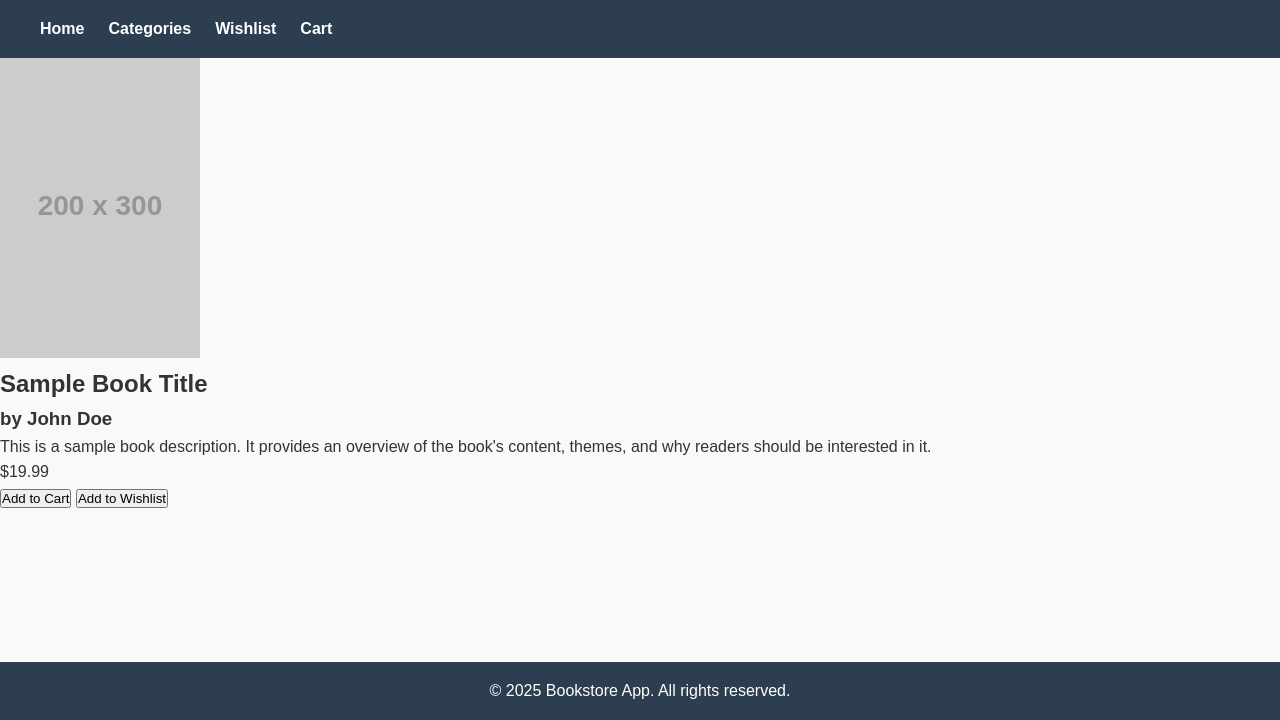
Repository: Patience225/bookstore-app
Page: book-details.html
An editor plug-in stored every save of this project. The page is shown before and after a run of saves, followed by the edit.
The browser window is 1280 px wide. The pictures show the whole page.

Above is the page before, as saved 2025-01-28 12:07:34.

After the next 2 saves:
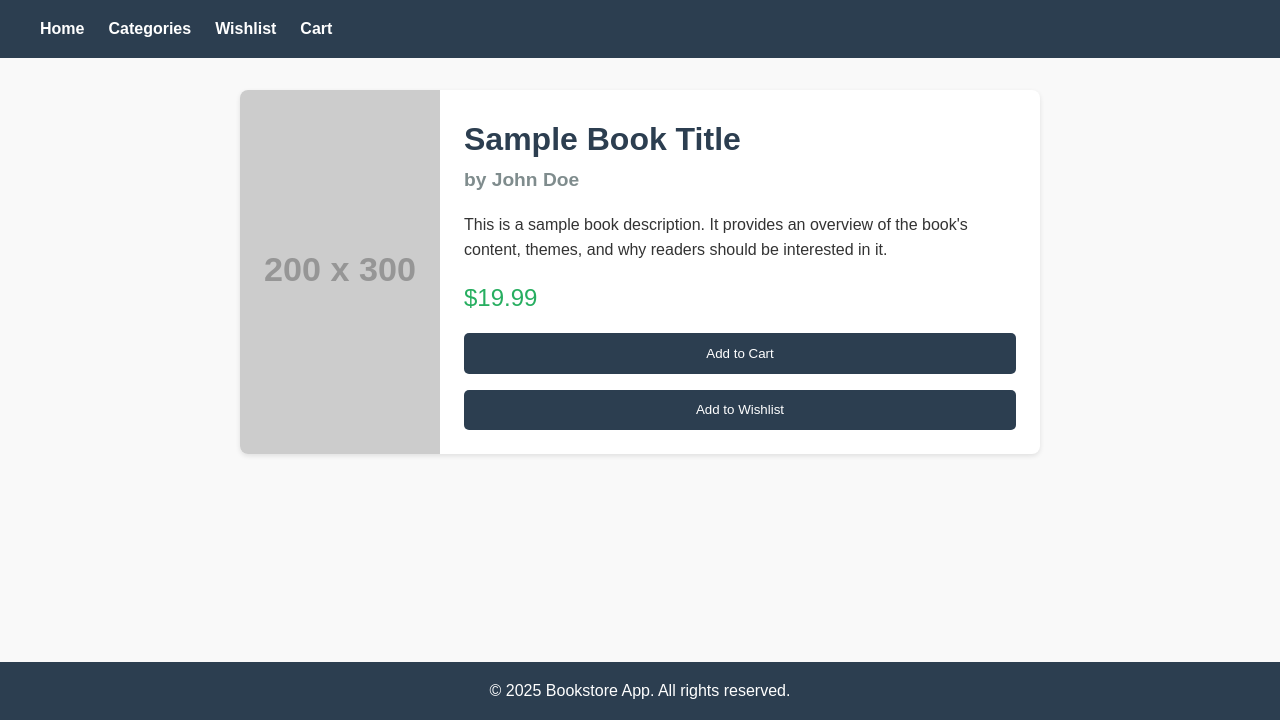
The 2 saves are shown as one change because they came seconds apart.
The last was saved 26 s later.
--- a/css/styles.css
+++ b/css/styles.css
@@ -101,3 +101,67 @@
 .category-card p {
   margin-top: 0.5rem;
 }
+
+.book-details-section {
+  padding: 2rem;
+  display: flex;
+  justify-content: center;
+}
+
+.book-card {
+  display: flex;
+  max-width: 800px;
+  background-color: white;
+  border-radius: 8px;
+  box-shadow: 0 2px 5px rgba(0, 0, 0, 0.1);
+  overflow: hidden;
+}
+
+.book-cover {
+  width: 200px;
+  height: auto;
+  object-fit: cover;
+}
+
+.book-info {
+  padding: 1.5rem;
+  display: flex;
+  flex-direction: column;
+  justify-content: space-between;
+}
+
+.book-title {
+  font-size: 2rem;
+  color: #2c3e50;
+}
+
+.book-author {
+  font-size: 1.2rem;
+  color: #7f8c8d;
+}
+
+.book-description {
+  margin-top: 1rem;
+  font-size: 1rem;
+}
+
+.book-price {
+  font-size: 1.5rem;
+  color: #27ae60;
+  margin-top: 1rem;
+}
+
+button {
+  padding: 0.8rem 1.5rem;
+  border: none;
+  background-color: #2c3e50;
+  color: white;
+  border-radius: 5px;
+  cursor: pointer;
+  margin-top: 1rem;
+  transition: background-color 0.3s;
+}
+
+button:hover {
+  background-color: #f39c12;
+}
